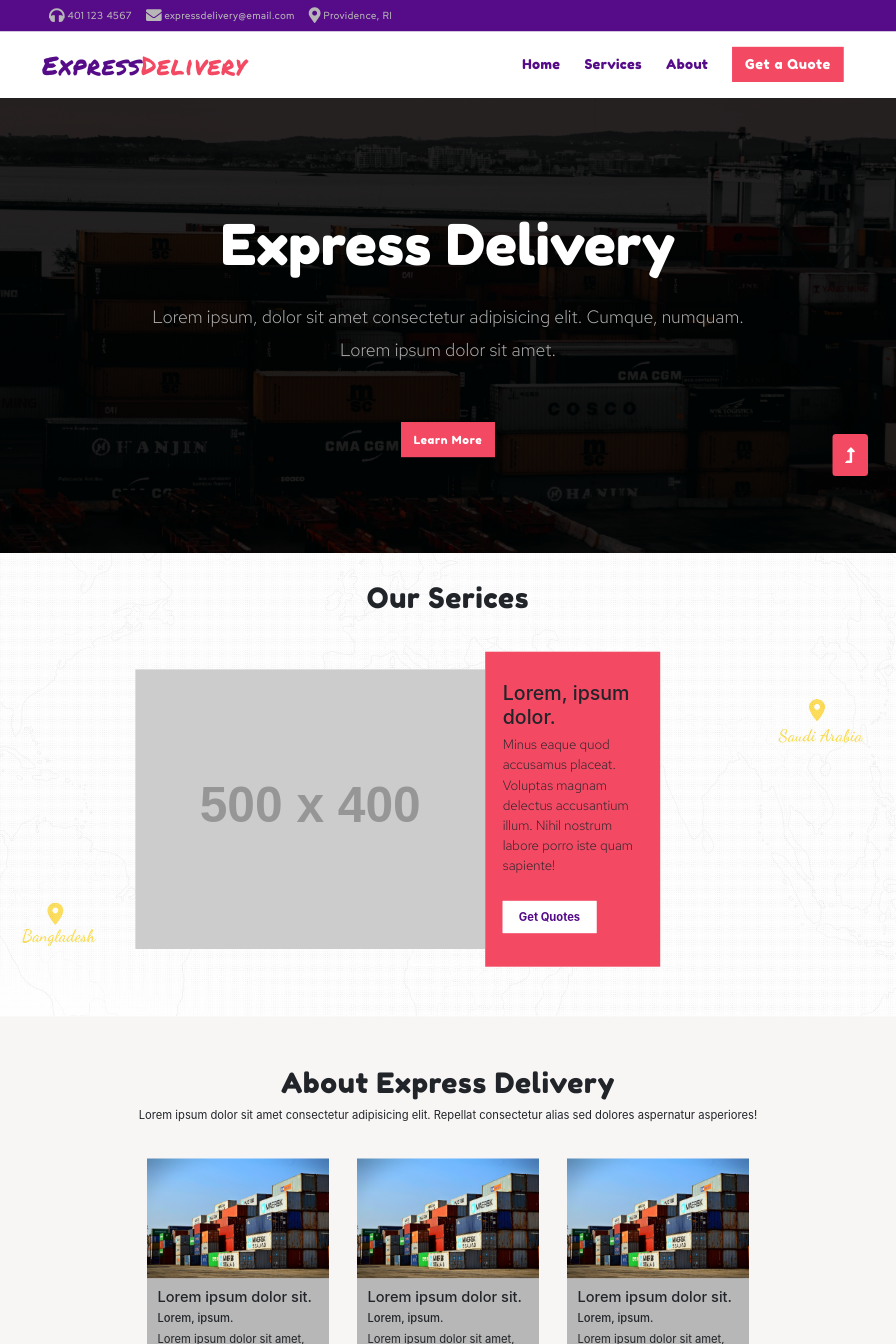
Repository: just-mann/express-delivery
Page: index.html
An editor plug-in stored every save of this project. The page is shown before and after the next save, followed by the edit.
The browser window is 1280 px wide. The pictures show the part of the page from y = 0 to 1920 px (the page is 5885 px tall), at 70% of full size.
Some web libraries are served in a nearby version. The style sheet was rebuilt from its Sass, Less or Tailwind sources for each picture, by a compiler version that may differ from the author's.

Above is the page before, as saved 2021-07-05 15:19:47.

After the next save:
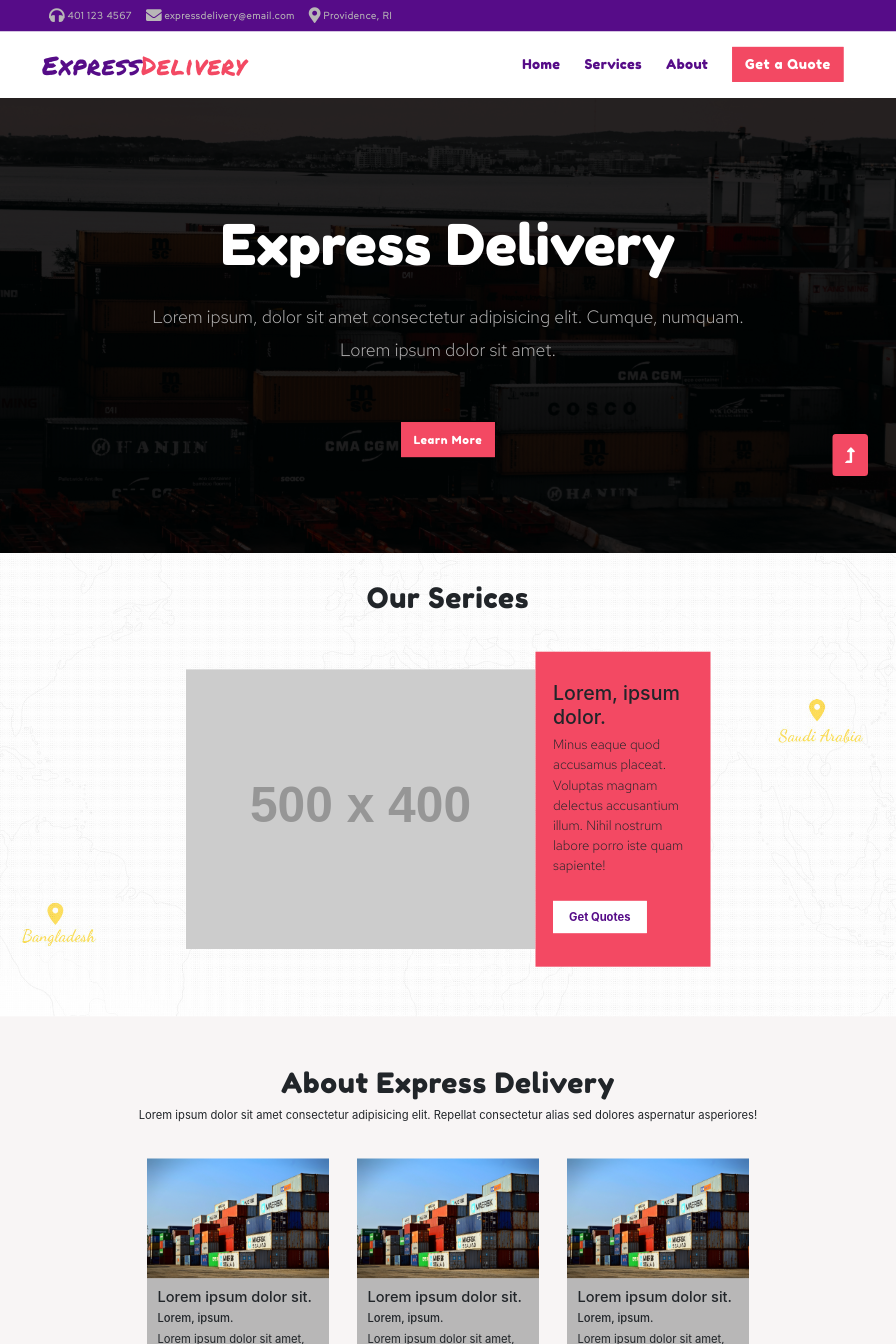
Saved 2 min 4 s later.
--- a/JS/script.js
+++ b/JS/script.js
@@ -30,6 +30,12 @@ $(() => {
         });
     });
 
+    $(window).on('scroll', () => {
+        if (window.scrollY > 5) {
+            $('.side__nav__links').hide('slow');
+        }
+    })
+
     $('.page__up__arrow').on('click', () => {
         $('html, body').animate({
             scrollTop: $('#top').offset().top
